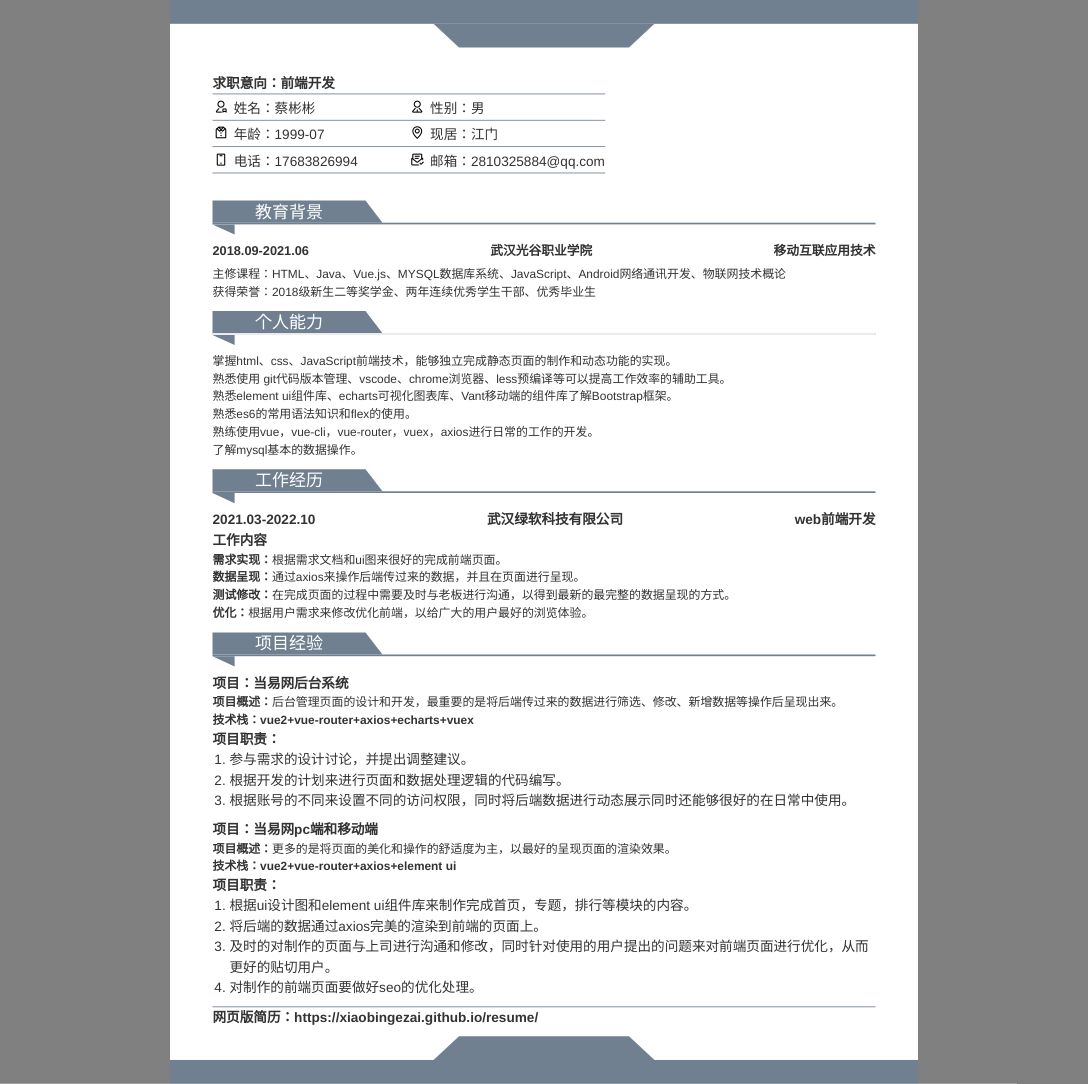
Repository: xiaobingezai/resume
Page: index.html
These files come from the project's save history. The page is drawn as it stood at one moment and after the next save; the edit follows.
The browser window is 1280 px wide. The pictures show the whole page, at 85% of full size.

Above is the page before, as saved 2022-11-03 01:55:25.
Console error: TypeError: Cannot set properties of null (setting 'innerHTML')

After the next save:
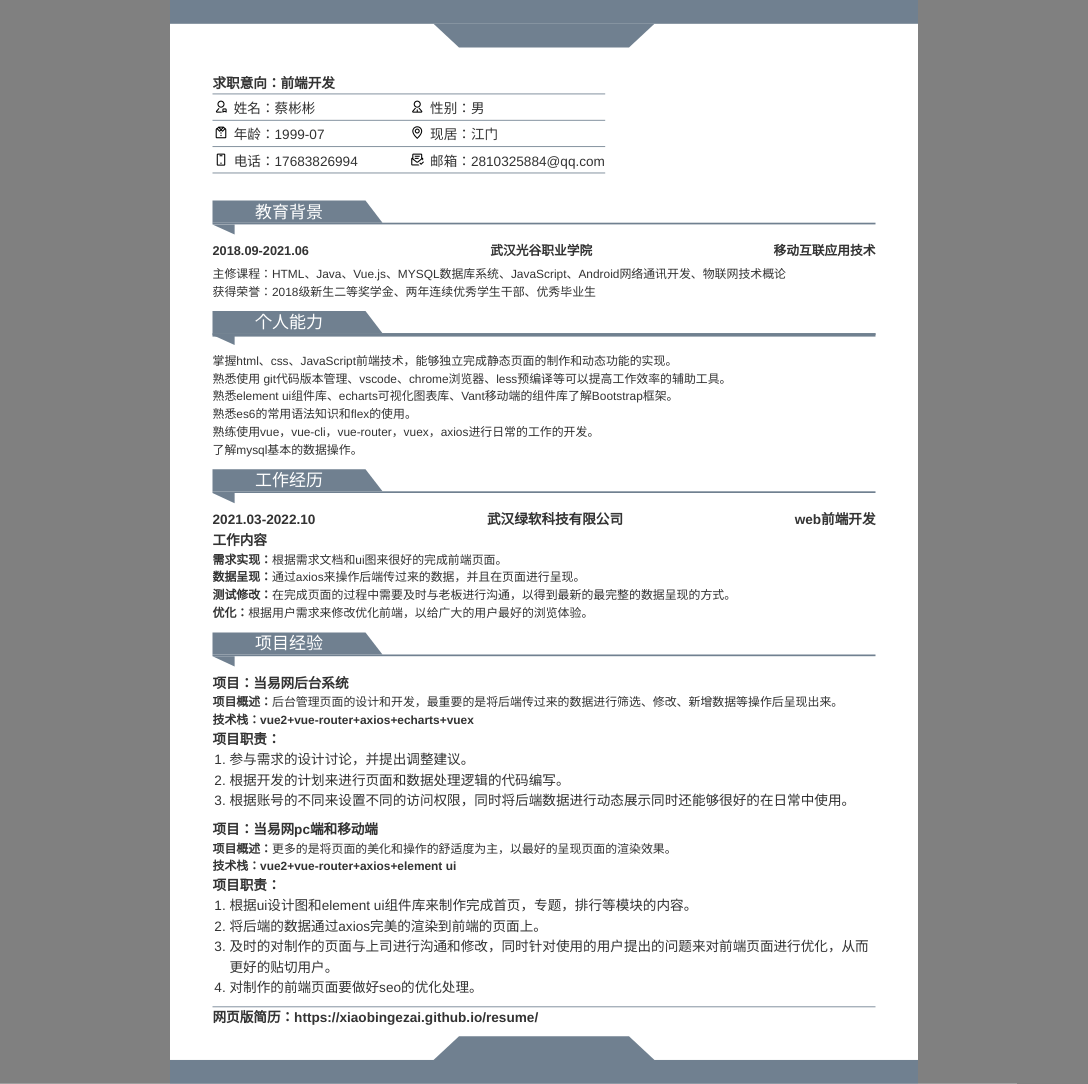
Saved 19 s later.
--- a/css/index.css
+++ b/css/index.css
@@ -195,7 +195,7 @@ body{
 }
 #zhengTi #head #tail .zhuangShiTuPian div {
     width: 780px;
-    border: 1px solid;
+    border: 2px solid #708090;
 }
 
 /* 工作经历 */
